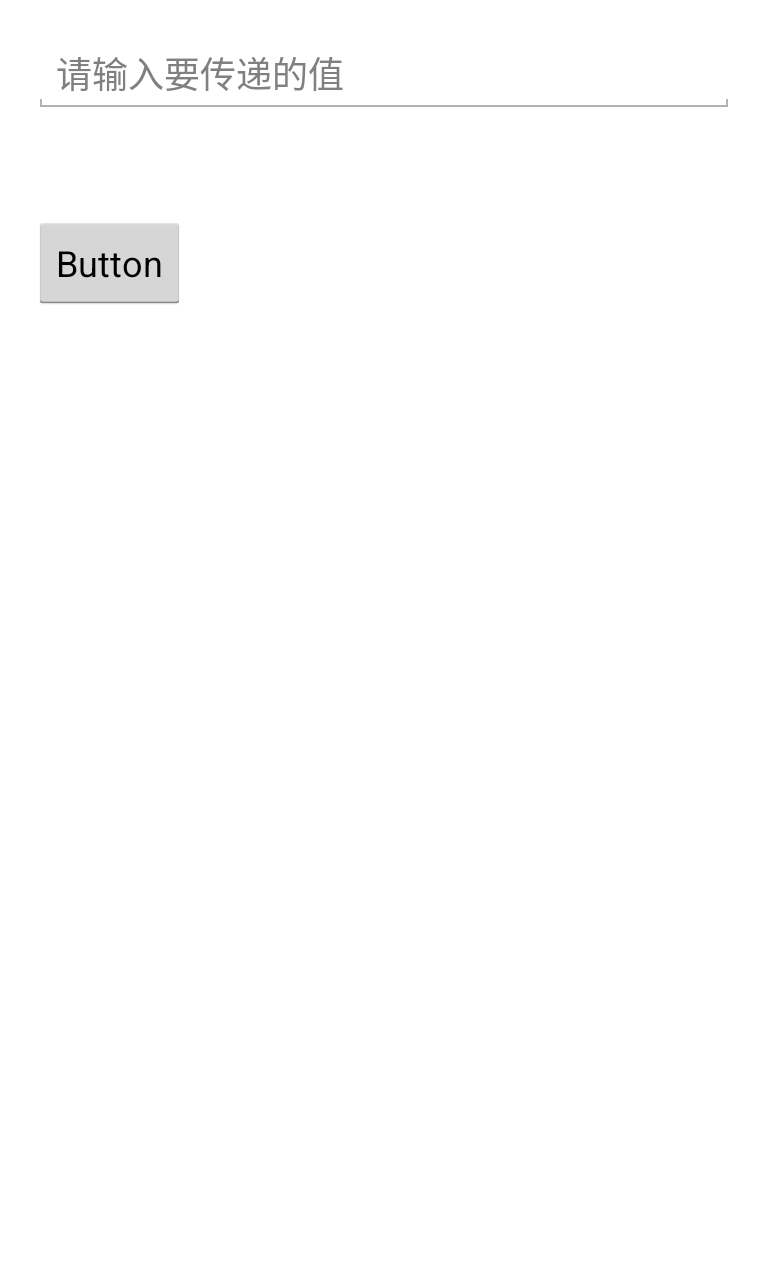
Repository: DongHuaLu/android
Layout: 24ActivityMessage/res/layout/activity_main.xml
An editor plug-in stored every save of this project. The layout is shown before and after a run of saves, followed by the edit.
It is drawn on a 768 x 1280 px phone screen (xhdpi) without system bars, with theme AppTheme; the app's code is not run.

Above is the layout before, as saved 2013-08-28 10:28:22.

### 24ActivityMessage/res/layout/activity_main.xml
<LinearLayout xmlns:android="http://schemas.android.com/apk/res/android"
    xmlns:tools="http://schemas.android.com/tools"
    android:layout_width="match_parent"
    android:layout_height="match_parent"
    android:orientation="vertical"
    android:paddingBottom="@dimen/activity_vertical_margin"
    android:paddingLeft="@dimen/activity_horizontal_margin"
    android:paddingRight="@dimen/activity_horizontal_margin"
    android:paddingTop="@dimen/activity_vertical_margin"
    tools:context=".MainActivity" >

    <EditText
        android:id="@+id/et1"
        android:layout_width="fill_parent"
        android:layout_height="wrap_content"
        android:hint="请输入要传递的值" />

    <Button
        android:id="@+id/button1"
        android:layout_width="wrap_content"
        android:layout_height="wrap_content"
        android:layout_below="@+id/editText1"
        android:layout_centerHorizontal="true"
        android:layout_marginTop="50dp"
        android:text="Button" />

</LinearLayout>

Loaded but not shown: 24ActivityMessage/res/values/styles.xml (common file); 24ActivityMessage/res/values-v11/styles.xml (common file); 24ActivityMessage/res/values-v14/styles.xml (common file); 24ActivityMessage/res/values/dimens.xml (common file)

After the next 2 saves:
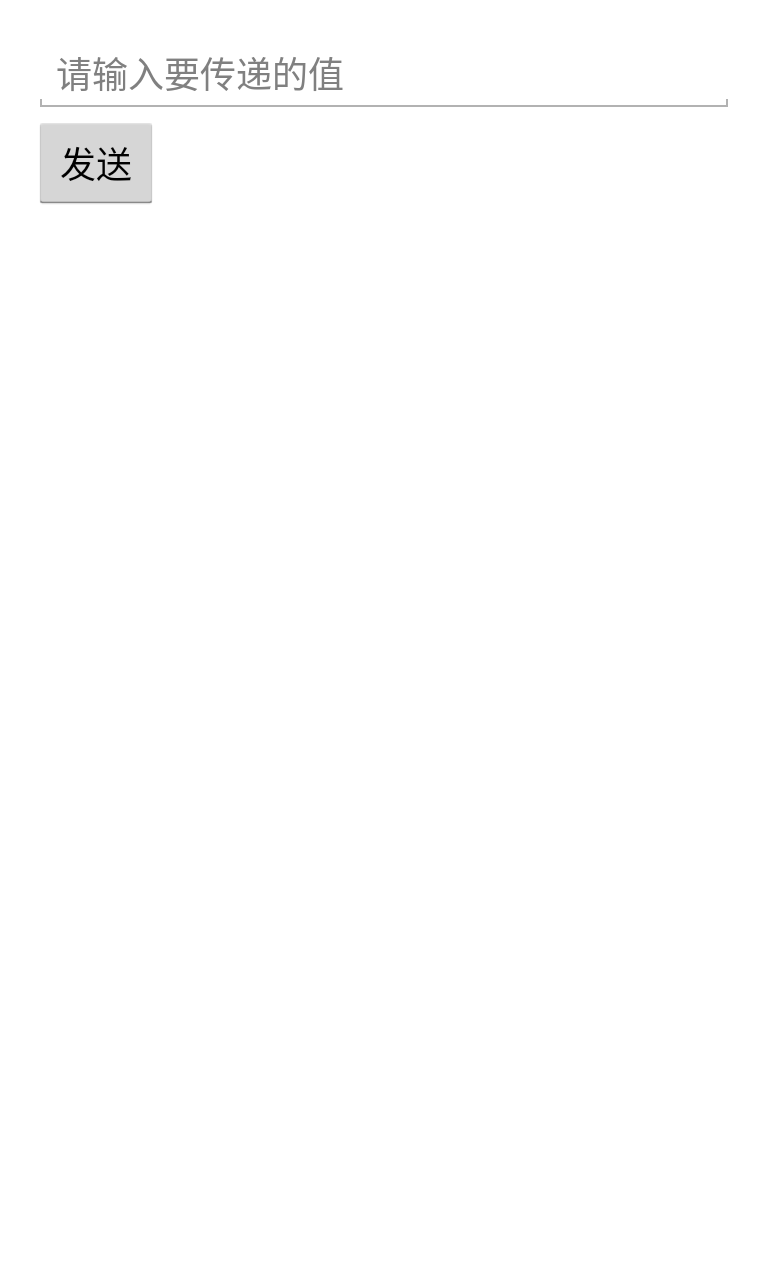
The 2 saves are shown as one change because they came seconds apart.
The last was saved 12 s later.
--- a/24ActivityMessage/res/layout/activity_main.xml
+++ b/24ActivityMessage/res/layout/activity_main.xml
@@ -16,12 +16,8 @@
         android:hint="请输入要传递的值" />
 
     <Button
-        android:id="@+id/button1"
         android:layout_width="wrap_content"
         android:layout_height="wrap_content"
-        android:layout_below="@+id/editText1"
-        android:layout_centerHorizontal="true"
-        android:layout_marginTop="50dp"
-        android:text="Button" />
+        android:text="发送" />
 
 </LinearLayout>
